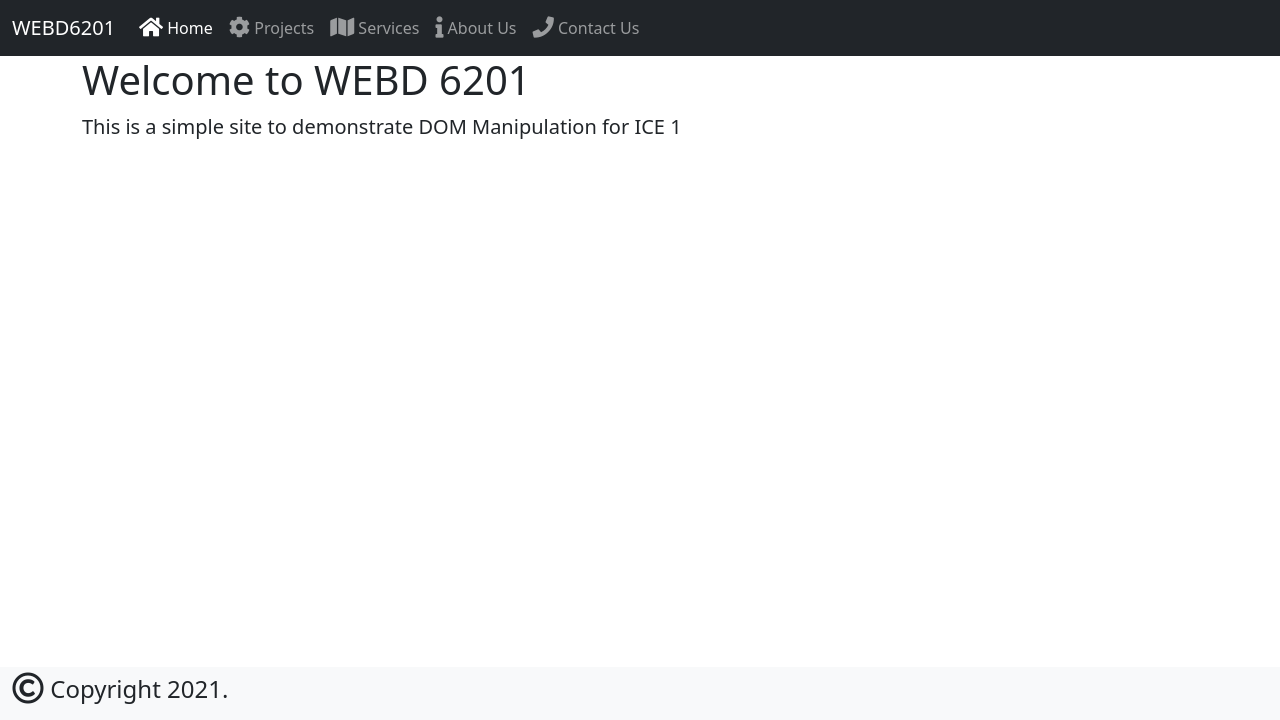
Repository: Sub4Sub/Lab_1
Page: index.html
These files come from the project's save history. The page is drawn as it stood at one moment and after the next save; the edit follows.
The browser window is 1280 px wide. The pictures show the whole page.

Above is the page before, as saved 2021-02-03 18:19:15.

After the next save:
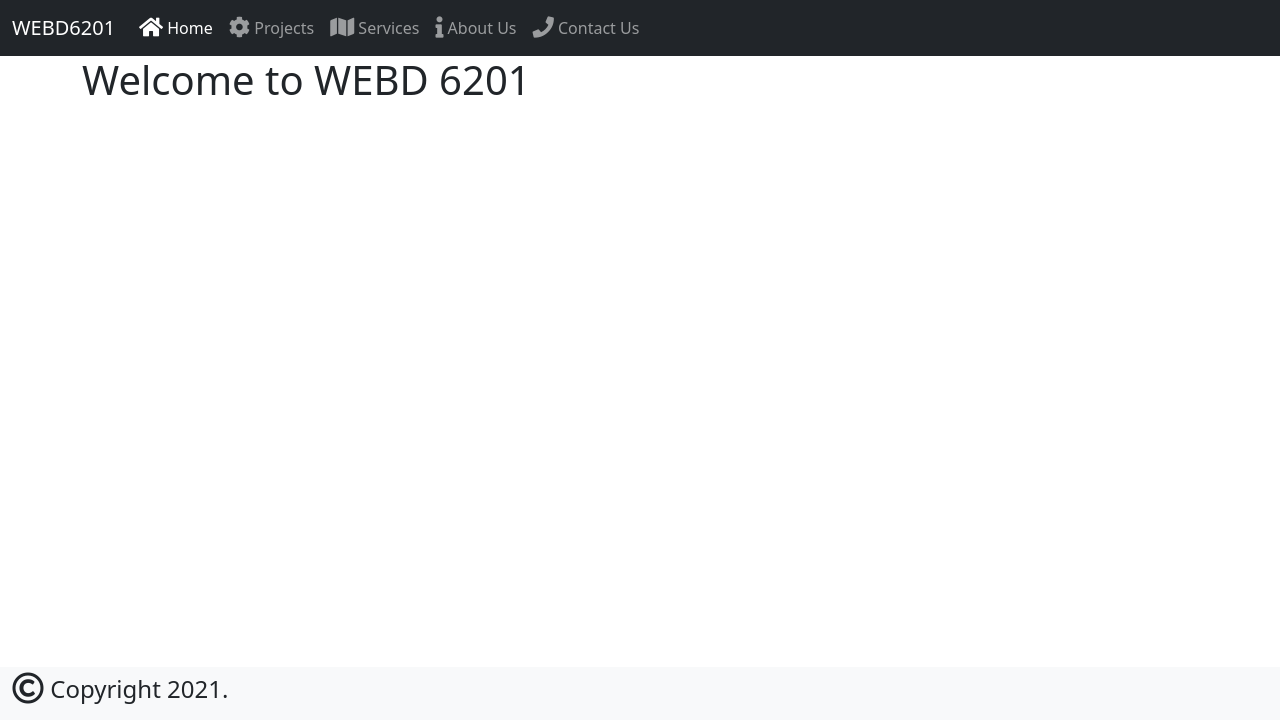
Saved 9 s later.
--- a/Scripts/app.js
+++ b/Scripts/app.js
@@ -12,8 +12,6 @@
 
           let paragraphOneElement = document.getElementById("paragraphOne");
 
-        paragraphOneElement.textContent = paragraphOneText;
-        paragraphOneElement.className = "fs-5";
     }
 
     function Start()
